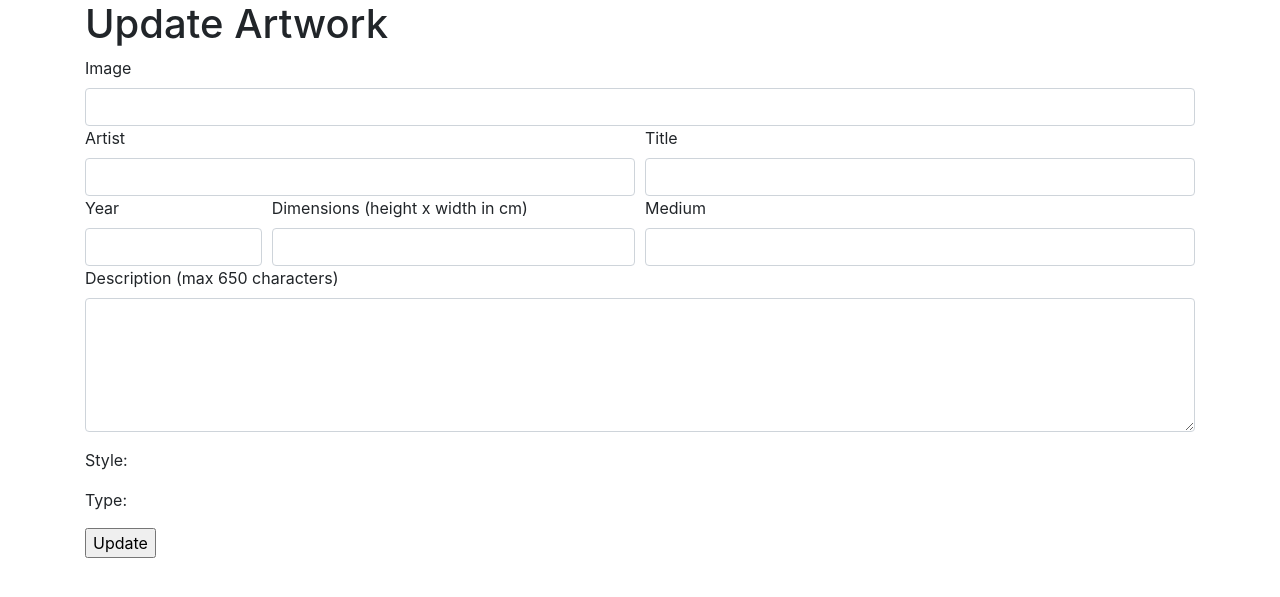
Repository: lynette-lyf/artwork-inventory
Page: templates/edit_artwork.template.html
The author's editor kept a record of every edit. The page is drawn from the files as they stood at one moment, then again after the next edit.
The browser window is 1280 px wide. The pictures show the whole page.
The page is served by the project's application, run on Flask 3 (app.py). The template is opened directly, without the code that normally fills it, so the values that code supplies are empty.

Above is the page before.

After the next edit:
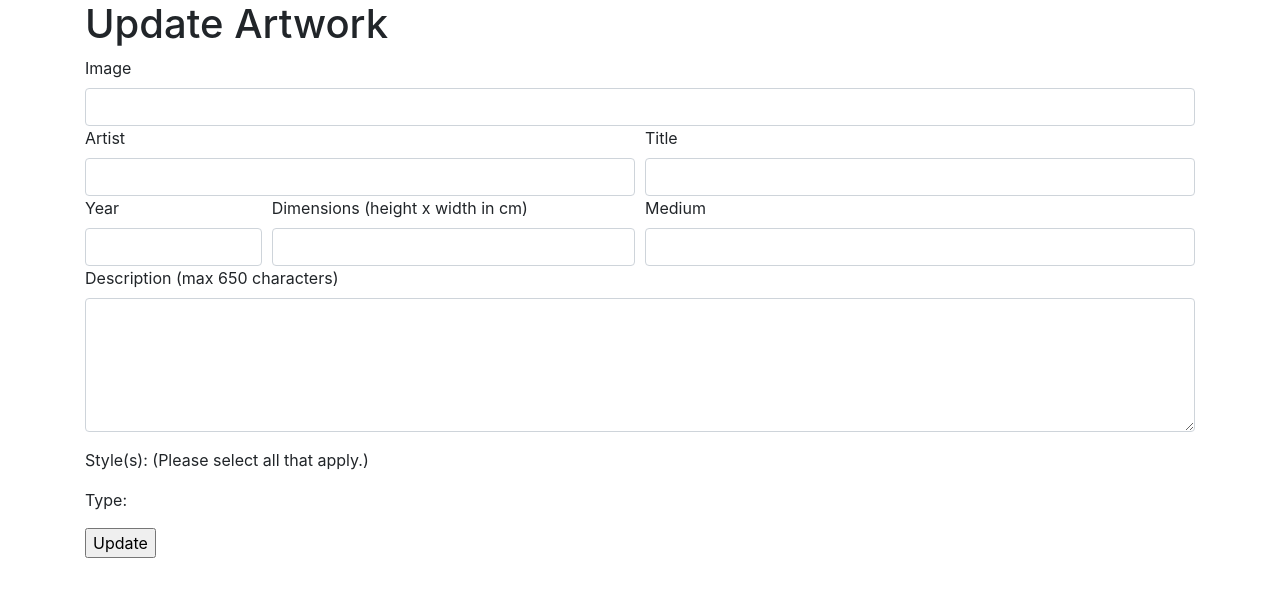
The edit:
--- a/templates/edit_artwork.template.html
+++ b/templates/edit_artwork.template.html
@@ -51,7 +51,7 @@
 
 
             <div class='form-group'>
-                <p>Style: </p>
+                <p>Style(s): (Please select all that apply.)</p>
                 {%for t in all_styles %}
                 <input type="checkbox" name="type" value="{{t}}"
                 {%if t in selected_type %}
